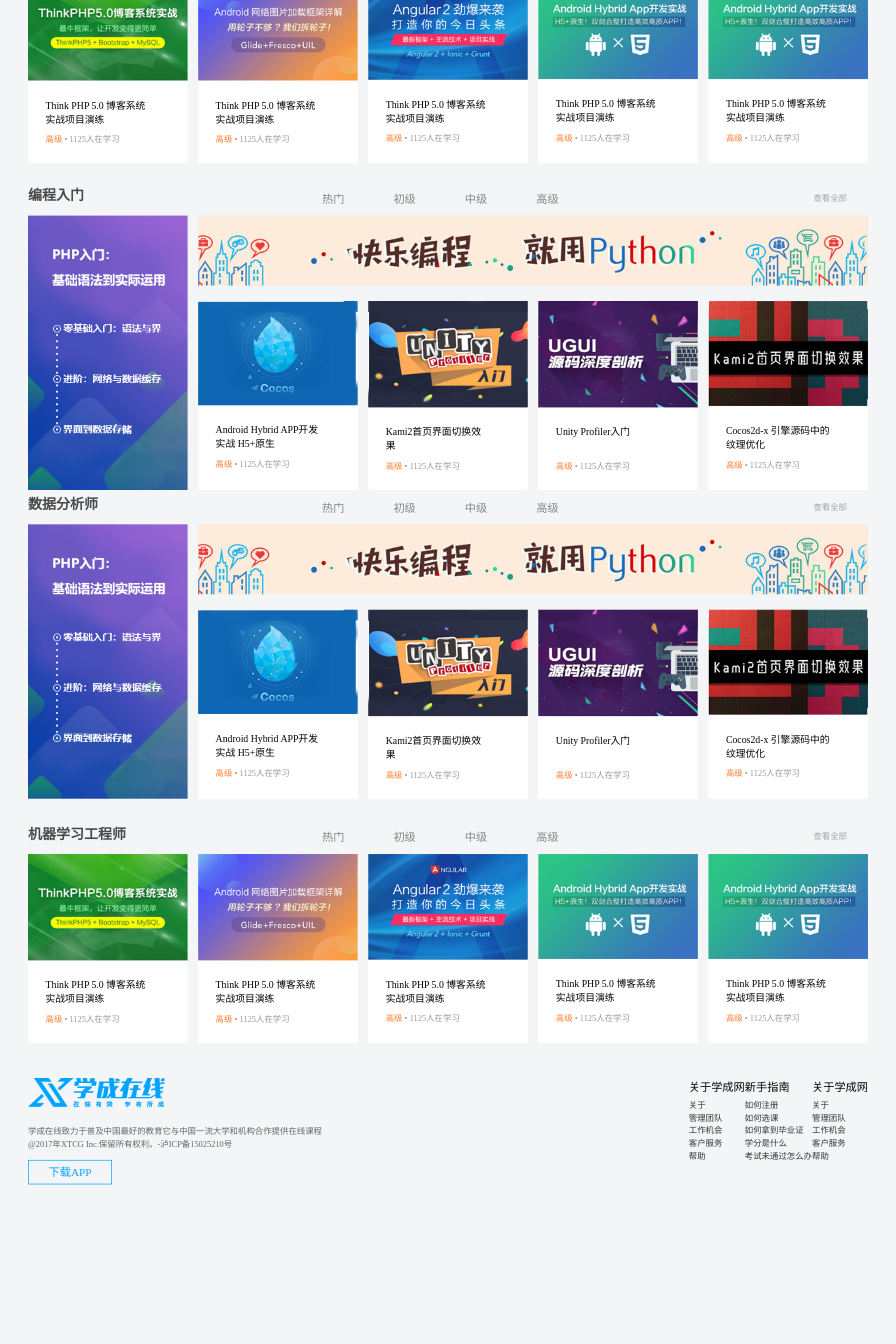
Repository: ywq0312/XueCheng
Page: index.html
The author's editor kept a copy of each file at every save. The page is drawn from the files as they stood at one save, then again after a run of saves.
The browser window is 1280 px wide. The pictures show the part of the page from y = 990 to 2910 px (the page is 2910 px tall), at 70% of full size.

Above is the page before, as saved 2021-05-19 15:29:48.

### index.html
<!DOCTYPE html>
<html lang="en">

<head>
    <meta charset="UTF-8">
    <meta http-equiv="X-UA-Compatible" content="IE=edge">
    <meta name="viewport" content="width=device-width, initial-scale=1.0">
    <title>学成在线</title>
    <!-- 引入重置样式表 -->
    <!-- <link rel="stylesheet" href="./css/reset.css"> -->
    <!-- 引入公共样式表 -->
    <link rel="stylesheet" href="./css/base.css">
    <!-- 引入图标字体库 -->
    <link rel="stylesheet" href="./fa/css/all.css">
    <!-- 引入css样式 -->
    <link rel="stylesheet" href="./css/style.css">
</head>

<body>
    <!-- 1.头部区域 -->
    <div class="header w">
        <!-- logo部分 -->
        <div class="logo">
            <img src="./images/学成在线.png" alt="学成在线logo">
        </div>
        <!-- 导航栏部分nav -->
        <div class="nav">
            <ul>
                <li><a href="#">首页</a></li>
                <li><a href="#">课程</a></li>
                <li><a href="#">职业规划</a></li>
            </ul>
        </div>
        <!-- 搜索框 -->
        <div class="search">
            <!-- 输入关键字可以用  placeholder = "输入关键字" -->
            <input type="text" value="输入关键字" name="" id="">
            <!--
                文本框input、表单、单元格、图片都是行内块元素，行内块元素之间有一个默认缝隙
                解决办法：1.浮动中间无缝隙，可给input、button都加上浮动
            -->
            <button></button>
        </div>
        <!-- 用户模块 -->
        <div class="user">
            <img src="./images/user.png" alt="">
            qq-lilei
        </div>
    </div>
    <!-- 2.bannar部分 -->
    <div class="banner">
        <div class="w">
            <!-- 左侧导航栏模块 -->
            <div class="subnav">
                <ul>
                    <li>
                        <a href="#">
                            前端开发
                            <span> &gt; </span>
                            <!-- 如果用的是字体图标库，则需加上line-height -->
                            <!-- <span class="fas fa-angle-right"></span> -->
                        </a>
                        <!-- 这个符号也可以用大于号>代替 -->
                    </li>
                    <li>
                        <a href="#">
                            后端开发
                            <span>&gt;</span>
                            <!-- <span class="fas fa-angle-right"></span> -->
                        </a>
                    </li>
                    <li>
                        <a href="#">
                            移动开发
                            <span>&gt;</span>
                            <!-- <span class="fas fa-angle-right"></span> -->
                        </a>
                    </li>
                    <li>
                        <a href="#">
                            人工智能
                            <span>&gt;</span>
                            <!-- <span class="fas fa-angle-right"></span> -->
                        </a>
                    </li>
                    <li>
                        <a href="#">
                            商业预测
                            <span>&gt;</span>
                            <!-- <span class="fas fa-angle-right"></span> -->
                        </a>
                    </li>
                    <li>
                        <a href="#">
                            云计算&大数据
                            <span>&gt;</span>
                            <!-- <span class="fas fa-angle-right"></span> -->
                        </a>
                    </li>
                    <li>
                        <a href="#">
                            运维&从测试
                            <span>&gt;</span>
                            <!-- <span class="fas fa-angle-right"></span> -->
                        </a>
                    </li>
                    <li>
                        <a href="#">
                            UI设计
                            <span>&gt;</span>
                            <!-- <span class="fas fa-angle-right"></span> -->
                        </a>
                    </li>
                    <li>
                        <a href="#">
                            产品
                            <span>&gt;</span>
                            <!-- <span class="fas fa-angle-right"></span> -->
                        </a>
                    </li>
                </ul>
            </div>
            <!-- 课程表模块 -->
            <div class="course">
                <h2>我的课程表</h2>
                <div class="bd">
                    <ul>
                        <li>
                            <a href="#">
                                <h4>继续学习 程序语言设计</h4>
                                <p>正在学习-使用对象</p>
                            </a>
                        </li>
                        <li>
                            <a href="#">
                                <h4>继续学习 程序语言设计</h4>
                                <p>正在学习-使用对象</p>
                            </a>
                        </li>
                        <li>
                            <a href="#">
                                <h4>继续学习 程序语言设计</h4>
                                <p>正在学习-使用对象</p>
                            </a>
                        </li>
                    </ul>
                    <a href="#" class="more">全部课程</a>
                </div>
            </div>
        </div>
    </div>
    <!-- 3.精品推荐 -->
    <div class="goods w">
        <h3>精品推荐</h3>
        <ul>
            <li><a href="#">jQuery</a></li>
            <li><a href="#">Spark</a></li>
            <li><a href="#">MySQL</a></li>
            <li><a href="#">JavaWeb</a></li>
            <li><a href="#">MySQL</a></li>
            <li><a href="#">JavaWeb</a></li>
        </ul>
        <a href="#" class="mod">修改兴趣</a>
    </div>
    <!-- 4.box核心内容区域 -->
    <div class="box w">
        <div class="box-hd">
            <h3>精品推荐</h3>
            <a href="#">查看全部</a>
        </div>
        <div class="box-bd">
            <!-- ul清楚浮动的原因是底下的li是浮动的，脱离了标准流，会让下面的内容跑到li底下（子不教父之过，所以给li的父元素清除浮动） -->
            <ul class="clearfix">
                <li>
                    <em>
                        <!-- 因为底下已经有一个img图片设置了样式，所以用另外一个标签包含 -->
                        <img src="./images/hot.png" alt="">
                    </em>
                    <img src="./images/pic.png" alt="">
                    <h4>Think PHP 5.0 博客系统实战项目演练</h4>
                    <div class="info">
                        <span>高级</span> • 1125人在学习
                    </div>
                </li>
                <li>
                    <em>
                        <img src="./images/new.png" alt="">
                    </em>
                    <img src="./images/pic2.png" alt="">
                    <h4>Think PHP 5.0 博客系统实战项目演练</h4>
                    <div class="info">
                        <span>高级</span> • 1125人在学习
                    </div>
                </li>
                <li>
                    <img src="./images/pic3.png" alt="">
                    <h4>Think PHP 5.0 博客系统实战项目演练</h4>
                    <div class="info">
                        <span>高级</span> • 1125人在学习
                    </div>
                </li>
                <li>
                    <img src="./images/pic4.png" alt="">
                    <h4>Think PHP 5.0 博客系统实战项目演练</h4>
                    <div class="info">
                        <span>高级</span> • 1125人在学习
                    </div>
                </li>
                <li>
                    <img src="./images/pic4.png" alt="">
                    <h4>Think PHP 5.0 博客系统实战项目演练</h4>
                    <div class="info">
                        <span>高级</span> • 1125人在学习
                    </div>
                </li>
                <li>
                    <em>
                        <img src="./images/hot.png" alt="">
                    </em>
                    <img src="./images/pic.png" alt="">
                    <h4>Think PHP 5.0 博客系统实战项目演练</h4>
                    <div class="info">
                        <span>高级</span> • 1125人在学习
                    </div>
                </li>
                <li>
                    <em>
                        <img src="./images/new.png" alt="">
                    </em>
                    <img src="./images/pic2.png" alt="">
                    <h4>Think PHP 5.0 博客系统实战项目演练</h4>
                    <div class="info">
                        <span>高级</span> • 1125人在学习
                    </div>
                </li>
                <li>
                    <img src="./images/pic3.png" alt="">
                    <h4>Think PHP 5.0 博客系统实战项目演练</h4>
                    <div class="info">
                        <span>高级</span> • 1125人在学习
                    </div>
                </li>
                <li>
                    <img src="./images/pic4.png" alt="">
                    <h4>Think PHP 5.0 博客系统实战项目演练</h4>
                    <div class="info">
                        <span>高级</span> • 1125人在学习
                    </div>
                </li>
                <li>
                    <img src="./images/pic4.png" alt="">
                    <h4>Think PHP 5.0 博客系统实战项目演练</h4>
                    <div class="info">
                        <span>高级</span> • 1125人在学习
                    </div>
                </li>
            </ul>
        </div>
    </div>
    <!-- 5.内容区 -->
    <div class="content w clearfix">
        <div class="content-hd">
            <h3>编程入门</h3>
            <ul>
                <li><a href="#">热门</a></li>
                <li><a href="#">初级</a></li>
                <li><a href="#">中级</a></li>
                <li><a href="#">高级</a></li>
            </ul>
            <a href="#">查看全部</a>
        </div>
        <div class="content-left">
            <img src="./images/c-pic1.png" alt="">
        </div>
        <div class="content-right">
            <div class="content-top">
                <img src="./images/c-pic.png" alt="">
            </div>
            <div class="content-btn">
                <ul>
                    <li>
                        <img src="./images/c-pic2.png" alt="">
                        <h4>Android Hybrid APP开发实战 H5+原生</h4>
                        <div class="info">
                            <span>高级</span> • 1125人在学习
                        </div>
                    </li>
                    <li>
                        <img src="./images/c-pic3.png" alt="">
                        <h4>Kami2首页界面切换效果</h4>
                        <div class="info">
                            <span>高级</span> • 1125人在学习
                        </div>
                    </li>
                    <li>
                        <img src="./images/c-cip4.png" alt="">
                        <h4>Unity Profiler入门</h4>
                        <div class="info">
                            <span>高级</span> • 1125人在学习
                        </div>
                    </li>
                    <li>
                        <img src="./images/c-cip5.png" alt="">
                        <h4>Cocos2d-x 引擎源码中的纹理优化</h4>
                        <div class="info">
                            <span>高级</span> • 1125人在学习
                        </div>
                    </li>
                </ul>
            </div>
        </div>
        <div class="content w clearfix">
            <div class="content-hd">
                <h3>数据分析师</h3>
                <ul>
                    <li><a href="#">热门</a></li>
                    <li><a href="#">初级</a></li>
                    <li><a href="#">中级</a></li>
                    <li><a href="#">高级</a></li>
                </ul>
                <a href="#">查看全部</a>
            </div>
            <div class="content-left">
                <img src="./images/c-pic1.png" alt="">
            </div>
            <div class="content-right">
                <div class="content-top">
                    <img src="./images/c-pic.png" alt="">
                </div>
                <div class="content-btn">
                    <ul>
                        <li>
                            <img src="./images/c-pic2.png" alt="">
                            <h4>Android Hybrid APP开发实战 H5+原生</h4>
                            <div class="info">
                                <span>高级</span> • 1125人在学习
                            </div>
                        </li>
                        <li>
                            <img src="./images/c-pic3.png" alt="">
                            <h4>Kami2首页界面切换效果</h4>
                            <div class="info">
                                <span>高级</span> • 1125人在学习
                            </div>
                        </li>
                        <li>
                            <img src="./images/c-cip4.png" alt="">
                            <h4>Unity Profiler入门</h4>
                            <div class="info">
                                <span>高级</span> • 1125人在学习
                            </div>
                        </li>
                        <li>
                            <img src="./images/c-cip5.png" alt="">
                            <h4>Cocos2d-x 引擎源码中的纹理优化</h4>
                            <div class="info">
                                <span>高级</span> • 1125人在学习
                            </div>
                        </li>
                    </ul>
                </div>
            </div>
    </div>

    <!-- 其他内容 -->
    <div class="box">
        <div class="content-hd">
            <h3>机器学习工程师</h3>
            <ul>
                <li><a href="#">热门</a></li>
                <li><a href="#">初级</a></li>
                <li><a href="#">中级</a></li>
                <li><a href="#">高级</a></li>
            </ul>
            <a href="#">查看全部</a>
        </div>
        <div class="box-bd">
            <!-- ul清楚浮动的原因是底下的li是浮动的，脱离了标准流，会让下面的内容跑到li底下（子不教父之过，所以给li的父元素清除浮动） -->
            <ul class="clearfix">
                <li>
                    <img src="./images/pic.png" alt="">
                    <h4>Think PHP 5.0 博客系统实战项目演练</h4>
                    <div class="info">
                        <span>高级</span> • 1125人在学习
                    </div>
                </li>
                <li>
                    <img src="./images/pic2.png" alt="">
                    <h4>Think PHP 5.0 博客系统实战项目演练</h4>
                    <div class="info">
                        <span>高级</span> • 1125人在学习
                    </div>
                </li>
                <li>
                    <img src="./images/pic3.png" alt="">
                    <h4>Think PHP 5.0 博客系统实战项目演练</h4>
                    <div class="info">
                        <span>高级</span> • 1125人在学习
                    </div>
                </li>
                <li>
                    <img src="./images/pic4.png" alt="">
                    <h4>Think PHP 5.0 博客系统实战项目演练</h4>
                    <div class="info">
                        <span>高级</span> • 1125人在学习
                    </div>
                </li>
                <li>
                    <img src="./images/pic4.png" alt="">
                    <h4>Think PHP 5.0 博客系统实战项目演练</h4>
                    <div class="info">
                        <span>高级</span> • 1125人在学习
                    </div>
                </li>
            </ul>
        </div>
    </div>
    <!-- footer 页底模块 -->
    <div class="footer">
        <div class="w">
            <div class="copyright">
                <img src="./images/学成在线.png" alt="">
                <p>学成在线致力于普及中国最好的教育它与中国一流大学和机构合作提供在线课程<br>@2017年XTCG Inc.保留所有权利。-泸ICP备15025210号
                </p>
                <a href="#" class="app">下载APP</a>
            </div>
            <div class="links">
                <dl>
                    <dt><a href="#">关于学成网</a></dt>
                    <dd><a href="#">关于</a></dd>
                    <dd><a href="#">管理团队</a></dd>
                    <dd><a href="#">工作机会</a></dd>
                    <dd><a href="#">客户服务</a></dd>
                    <dd><a href="#">帮助</a></dd>
                </dl>
                <dl>
                    <dt><a href="#">新手指南</a></dt>
                    <dd><a href="#">如何注册</a></dd>
                    <dd><a href="#">如何选课</a></dd>
                    <dd><a href="#">如何拿到毕业证</a></dd>
                    <dd><a href="#">学分是什么</a></dd>
                    <dd><a href="#">考试未通过怎么办</a></dd>
                </dl>
                <dl>
                    <dt><a href="#">关于学成网</a></dt>
                    <dd><a href="#">关于</a></dd>
                    <dd><a href="#">管理团队</a></dd>
                    <dd><a href="#">工作机会</a></dd>
                    <dd><a href="#">客户服务</a></dd>
                    <dd><a href="#">帮助</a></dd>
                </dl>
            </div>
        </div>
    </div>

    <script>
        var text = document.querySelector('input');
        text.onfocus = function () {
            if (this.value === "输入关键字") {
                this.value = '';
            }
            this.style.color = '#333';
        }
        text.onblur = function () {
            if (this.value === '') {
                this.value = '输入关键字';
            }
            this.style.color = '#bfbfbf';
        }
    </script>
</body>

</html>

### css/base.css
.clearfix::before,
.clearfix::after{
    display: table;
    clear: both;
    content: '';
}
.w{
    width: 1200px;
    margin: auto;
}
body{
    background-color: #f3f5f7;
}
a{
    text-decoration: none;
    color: #050505;
}
li{
    list-style-type: none;
}

Loaded but not shown: fa/css/all.css (library); css/style.css (332 lines, source omitted)

After the next 12 saves:
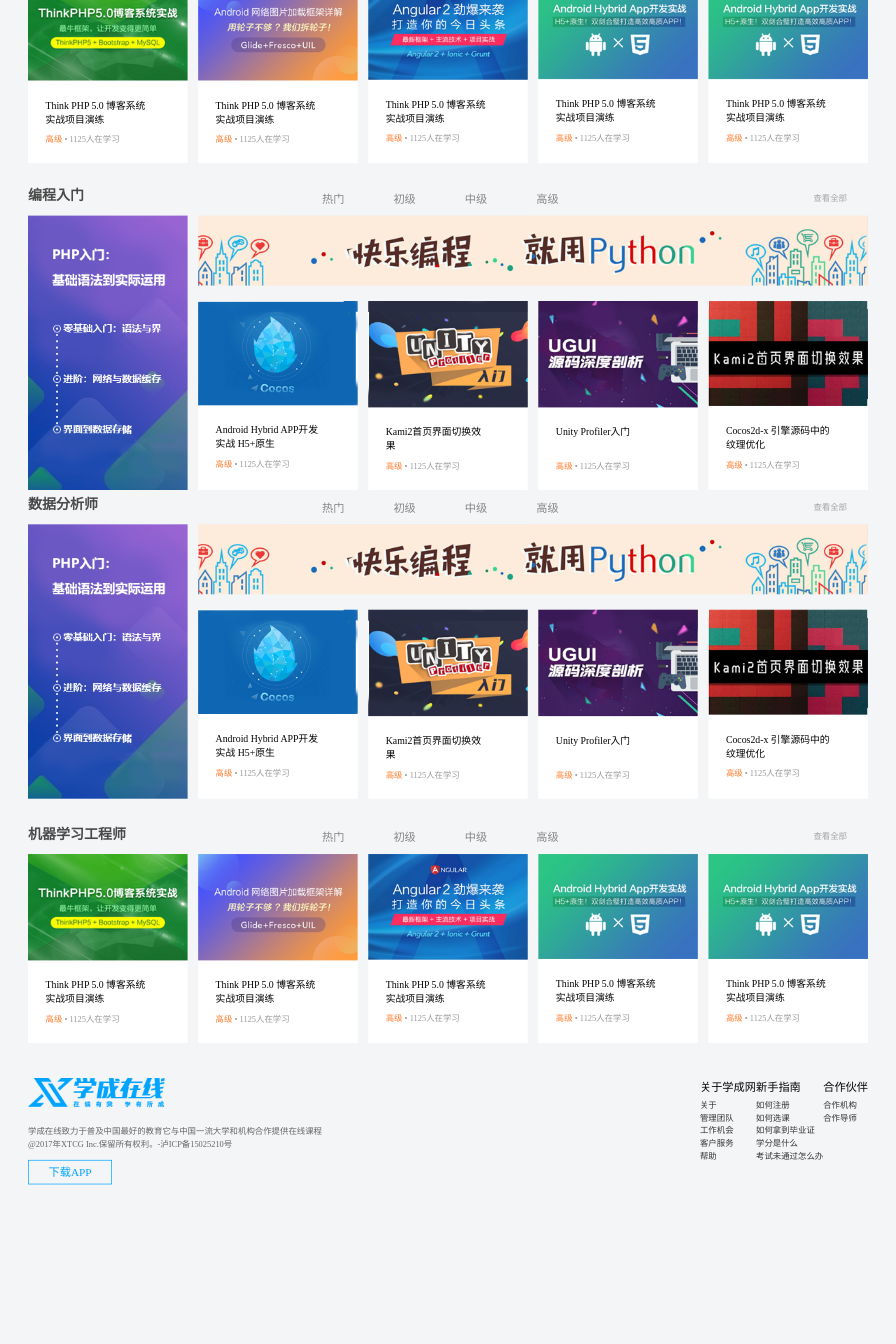
The 12 saves are shown as one change because they came seconds apart.
The last was saved 35 s later.
--- a/index.html
+++ b/index.html
@@ -442,12 +442,9 @@
                     <dd><a href="#">考试未通过怎么办</a></dd>
                 </dl>
                 <dl>
-                    <dt><a href="#">关于学成网</a></dt>
-                    <dd><a href="#">关于</a></dd>
-                    <dd><a href="#">管理团队</a></dd>
-                    <dd><a href="#">工作机会</a></dd>
-                    <dd><a href="#">客户服务</a></dd>
-                    <dd><a href="#">帮助</a></dd>
+                    <dt><a href="#">合作伙伴</a></dt>
+                    <dd><a href="#">合作机构</a></dd>
+                    <dd><a href="#">合作导师</a></dd>
                 </dl>
             </div>
         </div>
